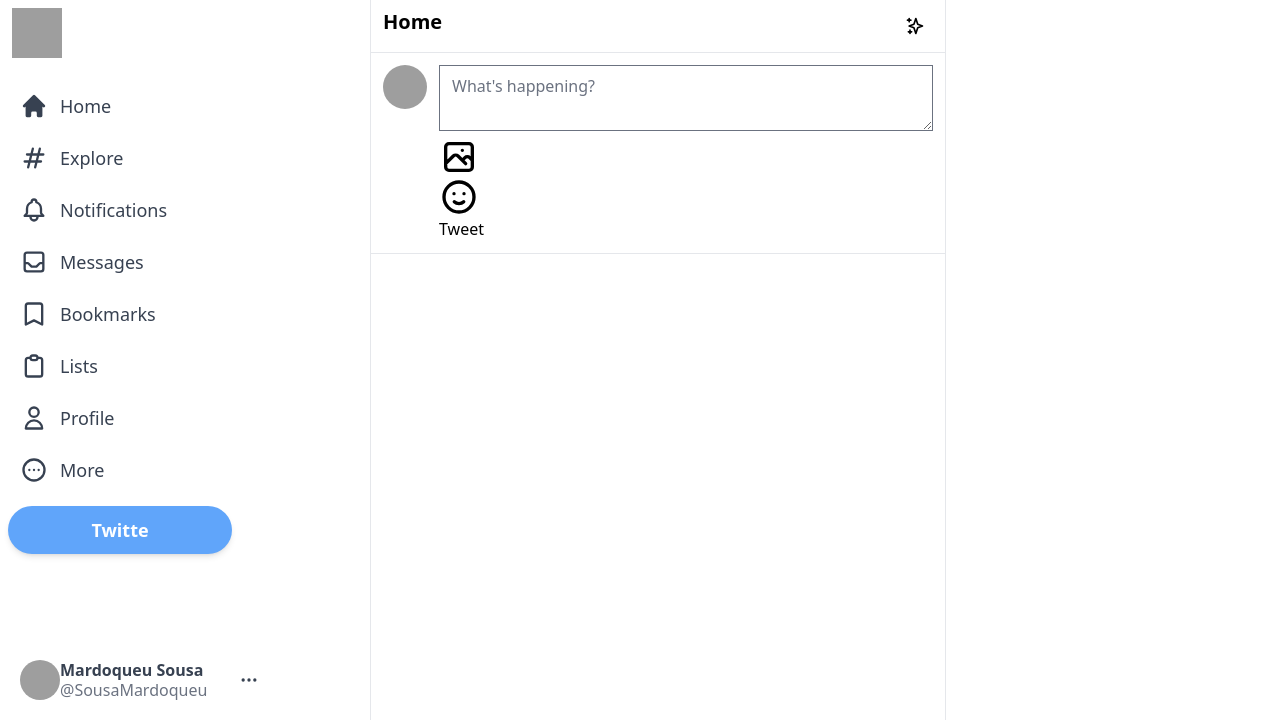
Repository: Mardoqueu/twitter
Page: /
The author's editor kept a copy of each file at every save. The page is drawn from the files as they stood at one save, then again after the next save.
The browser window is 1280 px wide. The pictures show the whole page.
Pictures or frames that could not be fetched are drawn as grey boxes. The project was rebuilt for these pictures with package versions that can differ from the ones it lists, and the page was loaded fresh each time. The framework's server and built-in components were replaced by stand-ins that run in the browser. Also part of the build but not shown: next.config.js.

Above is the page before, as saved 2022-09-02 08:09:40.

### pages/index.js
import Head from "next/head";
import Sidebar from '../components/Sidebar';
import Feed from '../components/Feed';


export default function Home() {
  return (
    <div >
      <Head>
        <title>Twitter Clone</title>
        <meta name="description" content="Generated by create next app" />
        <link rel="icon" href="/favicon.ico" />
      </Head>

    <main className='flex min-h-screen max-w-7xl mx-auto '>
      {/* Sidebar */}
      <Sidebar />

      {/* Feed */}
      <Feed/>
      {/* Widgets */}

      {/* Modal */}

    </main>


    </div>
  )
}

### styles/globals.css
@tailwind base;
@tailwind components;
@tailwind utilities;

@layer components{
    .hoverEffect {
        @apply cursor-pointer hover:bg-gray-200 rounded-full w-[52px] xl:w-auto h-[52px] xl:h-auto xl:p-3
    }
}

### components/Sidebar.js
import Image from "next/image"
import SidebarMenuItem from "./SidebarMenuItem"
import { HomeIcon } from '@heroicons/react/solid'
import { BellIcon, BookmarkIcon, ClipboardIcon, DotsCircleHorizontalIcon, DotsHorizontalIcon, HashtagIcon, InboxIcon, UserIcon } from '@heroicons/react/outline'

export default function Sidebar() {
  return (
    <div className="hidden sm:flex flex-col p-2 xl:items-start fixed h-full">
        {/* Twitter logo */}
        <div className="hoverEffect p-0 hover:bg-blue-100 xl:px-1">
            <Image
            width="50"
            height="50"
            src="https://help.twitter.com/content/dam/help-twitter/brand/logo.png"></Image>
        </div>

        {/* Menu */}

        <div className="mt-4 mb-2.5 xl:items-start">
        <SidebarMenuItem text="Home" Icon={HomeIcon} active/>
        <SidebarMenuItem text="Explore" Icon={HashtagIcon} />
        <SidebarMenuItem text="Notifications" Icon={BellIcon} />
        <SidebarMenuItem text="Messages" Icon={InboxIcon} />
        <SidebarMenuItem text="Bookmarks" Icon={BookmarkIcon} />
        <SidebarMenuItem text="Lists" Icon={ClipboardIcon} />
        <SidebarMenuItem text="Profile" Icon={UserIcon} />
        <SidebarMenuItem text="More" Icon={DotsCircleHorizontalIcon} />
      </div>

        {/* Button */}

        <button className="bg-blue-400 text-white rounded-full w-56 h-12 font-bold shadow-md hover:brightness-95 text-lg hidden xl:inline">Twitte</button>

        {/* Mini-profile */}
        <div className="hoverEffect text-gray-700 flex items-center justify-center xl:justify-start mt-auto">
            <img
            src="https://media-exp1.licdn.com/dms/image/C4E03AQF1Icbg9ibKSQ/profile-displayphoto-shrink_800_800/0/1656524327808?e=1667433600&v=beta&t=zLj1VuO7UnlyGXgtGnCIGGm6Xel0rldXOa9ES50GV3c"
            alt="user-img"
            className="h-10 w-10 rounded-full"/>
            <div className="leading-5 hidden xl:inline">
                <h4 className="font-bold">Mardoqueu Sousa</h4>
                <p className="text-gray-500">@SousaMardoqueu</p>
            </div>
            <DotsHorizontalIcon className="h-5 xl:ml-8"/>
        </div>
    </div>
  )
}

### components/Feed.js
import { SparklesIcon } from '@heroicons/react/outline'
import Input from '../components/Input';


export default function Feed() {
  return (
    <div className="xl:ml-[370px] border-l border-r border-gray-200 border-gray-200  xl:min-w-[576px] sm:ml-[73px] flex-grow max-w-xl">
       {/* div is covering the header section taht has an edge to tag  */}
        <div className='flex py-2 px-3 sticky top-0 z-50 bg-white border-b border-gray-200'>
              <h2 className="text-lg sm:text-xl font-bold cursor-pointer">Home</h2>
              <div className='hoverEffect flex items-center justify-center px-0 ml-auto w-9 h-9'>
                    <SparklesIcon className='h-5'/>
              </div>
        </div>
        <Input/>
    </div>
  )
}

### components/SidebarMenuItem.js
import React from 'react'

export default function SidebarMenuItem({text, Icon}) {
  return (
    <div className="hoverEffect flex items-center text-gray-700 justify-center xl:justify-start text-lg space-x-3">
      <Icon className="h-7" />
      <span className={'${active && "font-bold"} hidden xl:inline'}>{text}</span>

    </div>
  )
}

### components/Input.js
import { EmojiHappyIcon, PhotographIcon } from "@heroicons/react/outline";

export default function Input() {
  return (
    <div className="flex border-b border-gray-200 p-3 space-x-3">
        <img src="https://media-exp1.licdn.com/dms/image/C4E03AQF1Icbg9ibKSQ/profile-displayphoto-shrink_800_800/0/1656524327808?e=1667433600&v=beta&t=zLj1VuO7UnlyGXgtGnCIGGm6Xel0rldXOa9ES50GV3c"
        alt="user-img"
        className="h-11 w-11 rounded-full cursor-pointer hover:brightness-95"/>
        <div className="w-full">
            <div className="">
                <textarea className="w-full"  rows="2" placeholder="What's happening?"></textarea>
            </div>
            <div className="">
                <PhotographIcon className="h-10 w-10"/>
                <EmojiHappyIcon className="h-10 w-10"/>
            </div>
            <button>Tweet</button>
        </div>
    </div>
  )
}

### tailwind.config.js
/** @type {import('tailwindcss').Config} */
module.exports = {
  content: [
    "./pages/**/*.{js,ts,jsx,tsx}",
    "./components/**/*.{js,ts,jsx,tsx}",
  ],
  theme: {
    extend: {},
  },
  plugins: [require('@tailwindcss/forms')],
}

Loaded but not shown: pages/_app.js (common file)

After the next save:
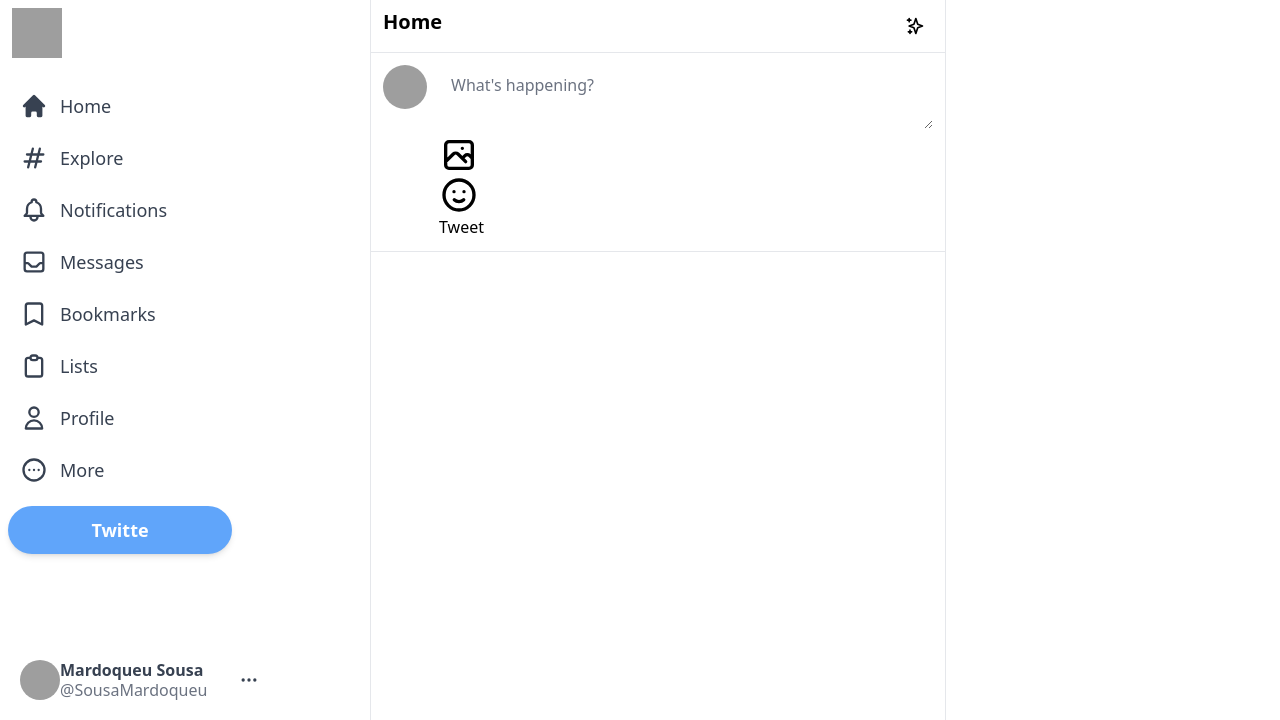
Saved 78 s later.
--- a/components/Input.js
+++ b/components/Input.js
@@ -8,7 +8,7 @@
         className="h-11 w-11 rounded-full cursor-pointer hover:brightness-95"/>
         <div className="w-full">
             <div className="">
-                <textarea className="w-full"  rows="2" placeholder="What's happening?"></textarea>
+                <textarea className="w-full border-none "  rows="2" placeholder="What's happening?"></textarea>
             </div>
             <div className="">
                 <PhotographIcon className="h-10 w-10"/>
